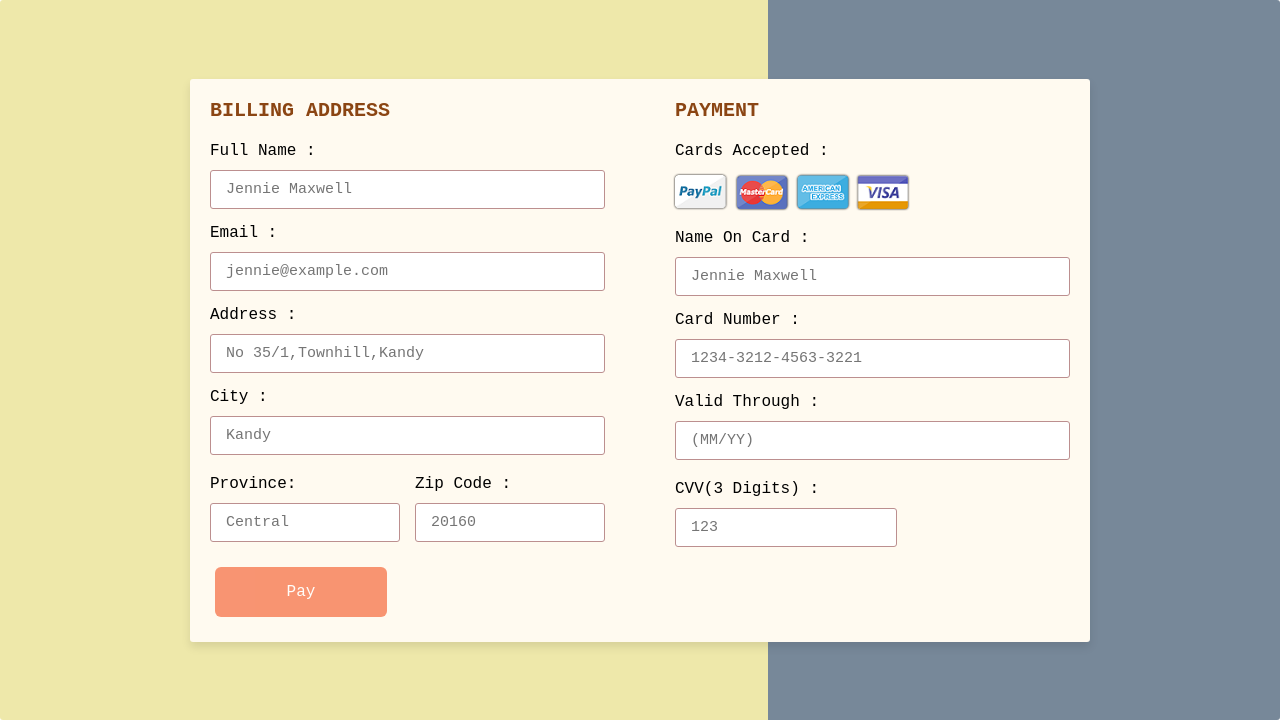
Repository: it22272690/Event-Planning-System
Page: http://localhost/PaymentDemo/Payment.jsp
These files come from the project's save history. The page is drawn as it stood at one moment and after the next save; the edit follows.
The browser window is 1280 px wide. The pictures show the whole page.
The page is served by Tomcat 10. Other server files are loaded and not shown.

Above is the page before, as saved 2023-10-22 09:57:06.

### PaymentDemo/src/main/webapp/Payment.jsp
<%@ page language="java" contentType="text/html; charset=ISO-8859-1"
    pageEncoding="ISO-8859-1"%>
<!DOCTYPE html>
<html>
<head>
<meta charset="ISO-8859-1">
<title>Insert title here</title>
  <link rel="stylesheet" href="css/payment.css">

</head>
<body>
   <div class="container">

    <form action="pay" method="post" >

        <div class="row">

            <div class="col">

                <h3 class="title">billing address</h3>

                <div class="inputBox">
                    <span>full name :</span>
                    <input type="text" name="fname" placeholder="Jennie Maxwell">
                </div>
                <div class="inputBox">
                    <span>email :</span>
                    <input type="email" name="email" placeholder="jennie@example.com">
                </div>
                <div class="inputBox">
                    <span>address :</span>
                    <input type="text" name="address" placeholder="No 35/1,Townhill,Kandy">
                </div>
                <div class="inputBox">
                    <span>city :</span>
                    <input type="text" name="city" placeholder="Kandy">
                </div>

                <div class="flex">
                    <div class="inputBox">
                        <span>Province:</span>
                        <input type="text" name="province" placeholder="Central">
                    </div>
                    <div class="inputBox">
                        <span>Zip code :</span>
                        <input type="text" name="zipcode" placeholder="20160">
                    </div>
                </div>

            </div>

            <div class="col">

                <h3 class="title">payment</h3>

                <div class="inputBox">
                    <span>cards accepted :</span>
                     <img src="images/card_img.png" alt="card">
                </div>
                <div class="inputBox">
                    <span>name on card :</span>
                    <input type="text" name="cname" placeholder="Jennie Maxwell">
                </div>
                <div class="inputBox">
                    <span>Card number :</span>
                    <input type="text" name="cnumber" placeholder="1234-3212-4563-3221" pattern="[0-9][0-9][0-9][0-9]-[0-9][0-9][0-9][0-9]-[0-9][0-9][0-9][0-9]-[0-9][0-9][0-9][0-9]">
                </div>
                <div class="inputBox">
                    <span>Valid through :</span>
                    <input type="text" name="valid" placeholder="(MM/YY)"  pattern="(0[1-9]|1[0-2])\/[0-9]{2}" >
                </div>
			 <div class="flex">
                    <div class="inputBox">
                        <span>CVV(3 Digits) :</span>
                        <input type="text" name="cvv" placeholder="123" pattern="[0-9][0-9][0-9]">
                    </div>
                </div>

            </div>

        </div>

       <input type="submit" value="pay" class="submit-btn" name="submit" >




    </form>

</div>

</body>
</html>

### PaymentDemo/src/main/webapp/css/payment.css
@charset "ISO-8859-1";
@import url('https://fonts.googleapis.com/css2?family=Poppins:wght@100;300;400;500;600&display=swap');

*{
  font-family: 'Courier New';
  margin:0; padding:0;
  box-sizing: border-box;
  outline: none; border:none;
  text-transform: capitalize;
  transition: all .2s linear;
  border-radius: 3px;

}

.container{
  display: flex;
  justify-content: center;
  align-items: center;
  padding:25px;
  min-height: 100vh;
  background: linear-gradient(90deg, #EEE8AA 60%,#778899 40.1%);

}

.container form{
  padding:20px;
  width:900px;
  background: #FFFAF0;
  box-shadow: 0 5px 10px rgba(0,0,0,.1);

}

.container form .row{
  display: flex;
  flex-wrap: wrap;
  gap:70px;

}

.container form .row .col{
  flex:1 1 250px;

}

.container form .row .col .title{
  font-size: 20px;
  color:#8B4513;
  padding-bottom: 5px;
  text-transform: uppercase;
}

.container form .row .col .inputBox{
  margin:15px 0;
}

.container form .row .col .inputBox span{
  margin-bottom: 10px;
  display: block;
}

.container form .row .col .inputBox input{
  width: 100%;
  border:1px solid  #BC8F8F;
  padding:10px 15px;
  font-size: 15px;
  text-transform: none;
}

.container form .row .col .inputBox input:focus{
  border:1px solid ;
}

.container form .row .col .flex{
  display: flex;
  gap:15px;
}

.container form .row .col .flex .inputBox{
  margin-top: 5px;
}

.container form .row .col .inputBox img{
  height: 34px;
  margin-top: 5px;
  filter: drop-shadow(0 0 1px #000);

}

.container form .submit-btn{
  background-color: #f4511e;
  border: none;
  color: white;
  padding: 16px 32px;
  text-align: center;
  font-size: 16px;
  margin: 5px 5px;
  opacity: 0.6;
  transition: 0.3s;
  display: inline-block;
  text-decoration: none;
  cursor: pointer;
  width:20%;
 border-radius: 6px;


}
/* Popup styles */
.popup {
    display: none;
    position: fixed;
    top: 0;
    left: 0;
    width: 100%;
    height: 100%;
    background-color: rgba(0, 0, 0, 0.7);
    z-index: 999;
}

.popup-content {
    background-color: #fff;
    width: 300px;
    padding: 20px;
    margin: 100px auto;
    text-align: center;
    border-radius: 5px;
    box-shadow: 0 0 10px rgba(0, 0, 0, 0.3);
    position: relative;
}

.close-popup {
    position: absolute;
    top: 10px;
    right: 10px;
    cursor: pointer;
    font-size: 20px;
}

.container form .submit-btn:hover{opacity: 1}

After the next save:
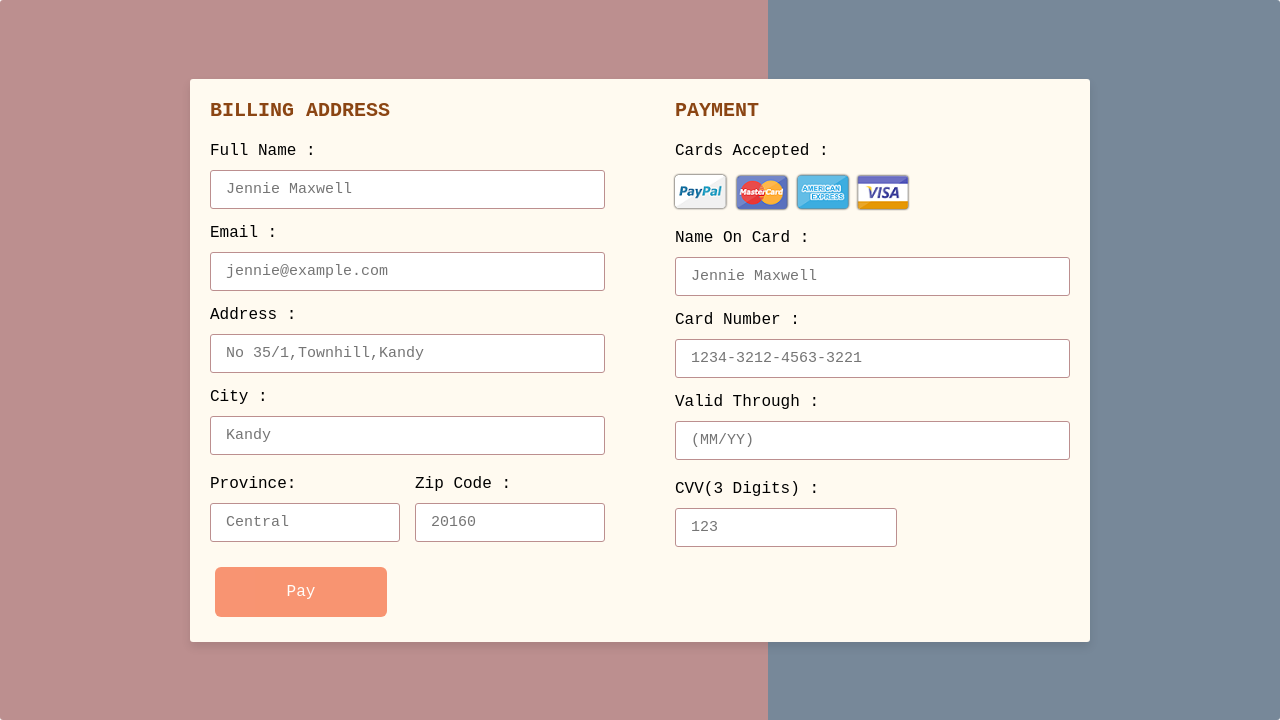
Saved 11 s later.
--- a/PaymentDemo/src/main/webapp/css/payment.css
+++ b/PaymentDemo/src/main/webapp/css/payment.css
@@ -18,7 +18,7 @@
   align-items: center;
   padding:25px;
   min-height: 100vh;
-  background: linear-gradient(90deg, #EEE8AA 60%,#778899 40.1%);
+  background: linear-gradient(90deg, #BC8F8F 60%,#778899 40.1%);
 
 }
 
